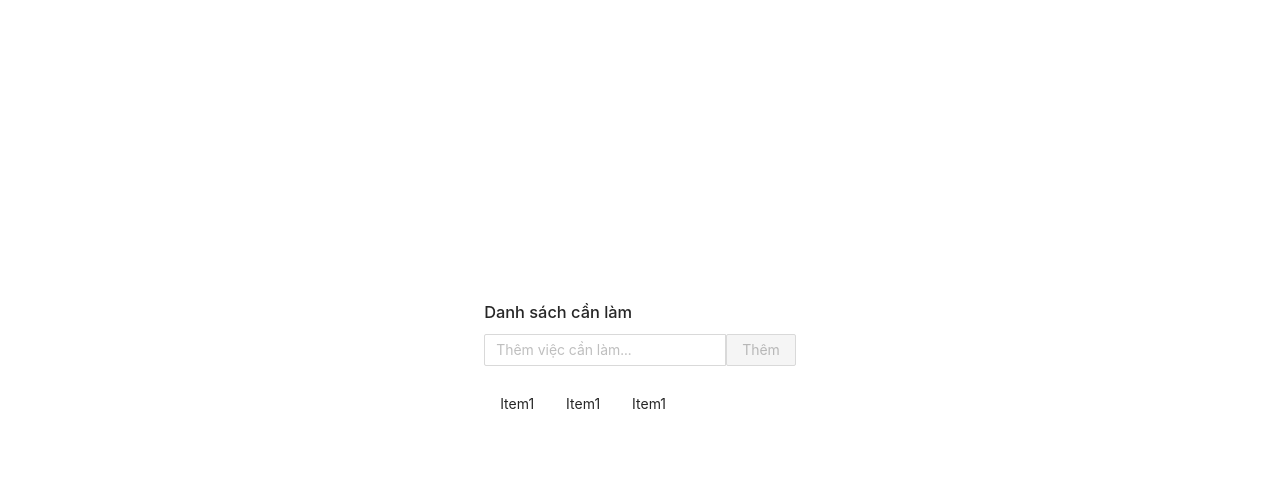
Repository: tiendungjr123/Todo-App
Page: /
The author's editor kept a copy of each file at every save. The page is drawn from the files as they stood at one save, then again after the next save.
The browser window is 1280 px wide. The pictures show the whole page.
The project was rebuilt for these pictures with package versions that can differ from the ones it lists, and the page was loaded fresh each time.

Above is the page before, as saved 2022-09-22 10:06:52.

After the next save:
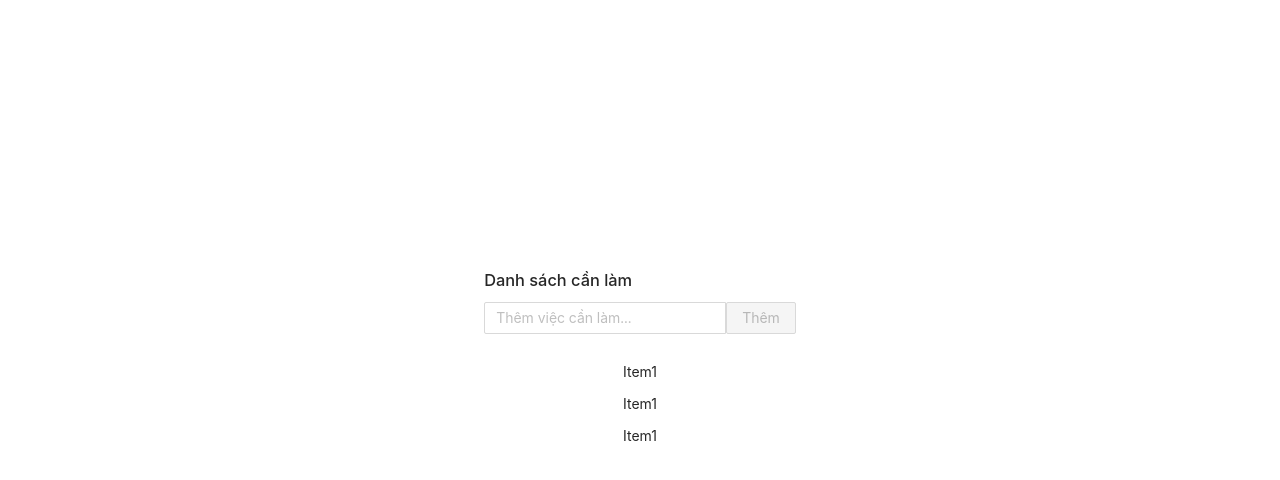
Saved 21 s later.
--- a/src/component/TodoList.jsx
+++ b/src/component/TodoList.jsx
@@ -4,7 +4,7 @@ import React from "react";
 export default function TodoList() {
   return (
     <>
-      <div style={{display:'block',width:'100%'}}>
+      <div style={{display:'flex',flexDirection:'column',}}>
         <Button type="text">Item1</Button>
         <Button type="text">Item1</Button>
         <Button type="text">Item1</Button>
